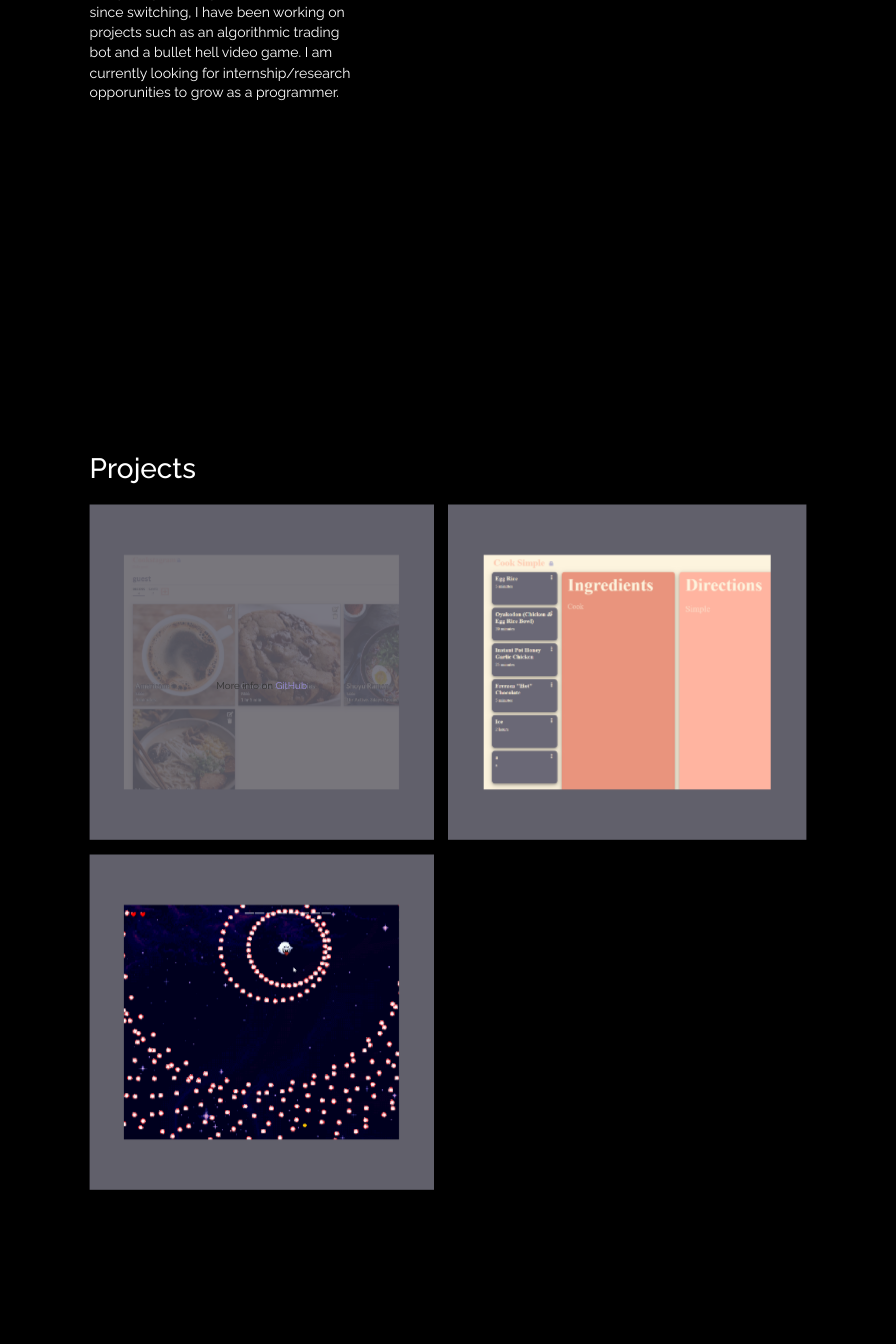
Repository: oqueuo/personal-site
Page: index.html
The author's editor kept a copy of each file at every save. The page is drawn from the files as they stood at one save, then again after the next save.
The browser window is 1280 px wide. The pictures show the part of the page from y = 564 to 2484 px (the page is 2585 px tall), at 70% of full size.
The pointer rests on the first visible `.project-card-container`.

Above is the page before, as saved 2020-09-21 18:21:36.

After the next save:
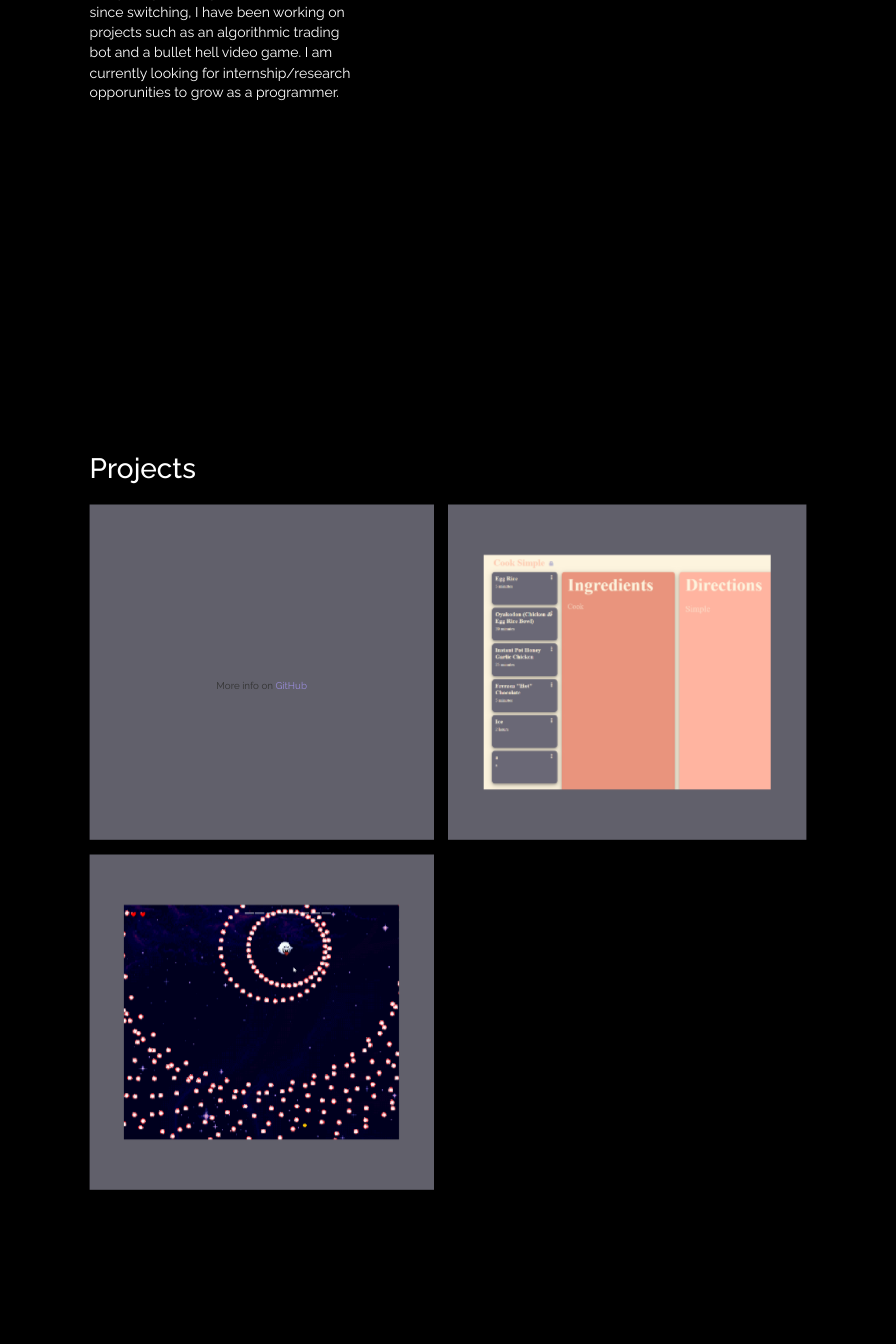
Saved 7 s later.
--- a/styles.css
+++ b/styles.css
@@ -145,7 +145,7 @@
     -ms-transform: translate(-50%, -50%);
 }
 .project-card-container:hover .project-card-content {
-    opacity: 0.15;
+    opacity: 0.001;
 }
 
 .project-card-container:hover .project-overlay {

After the save that followed:
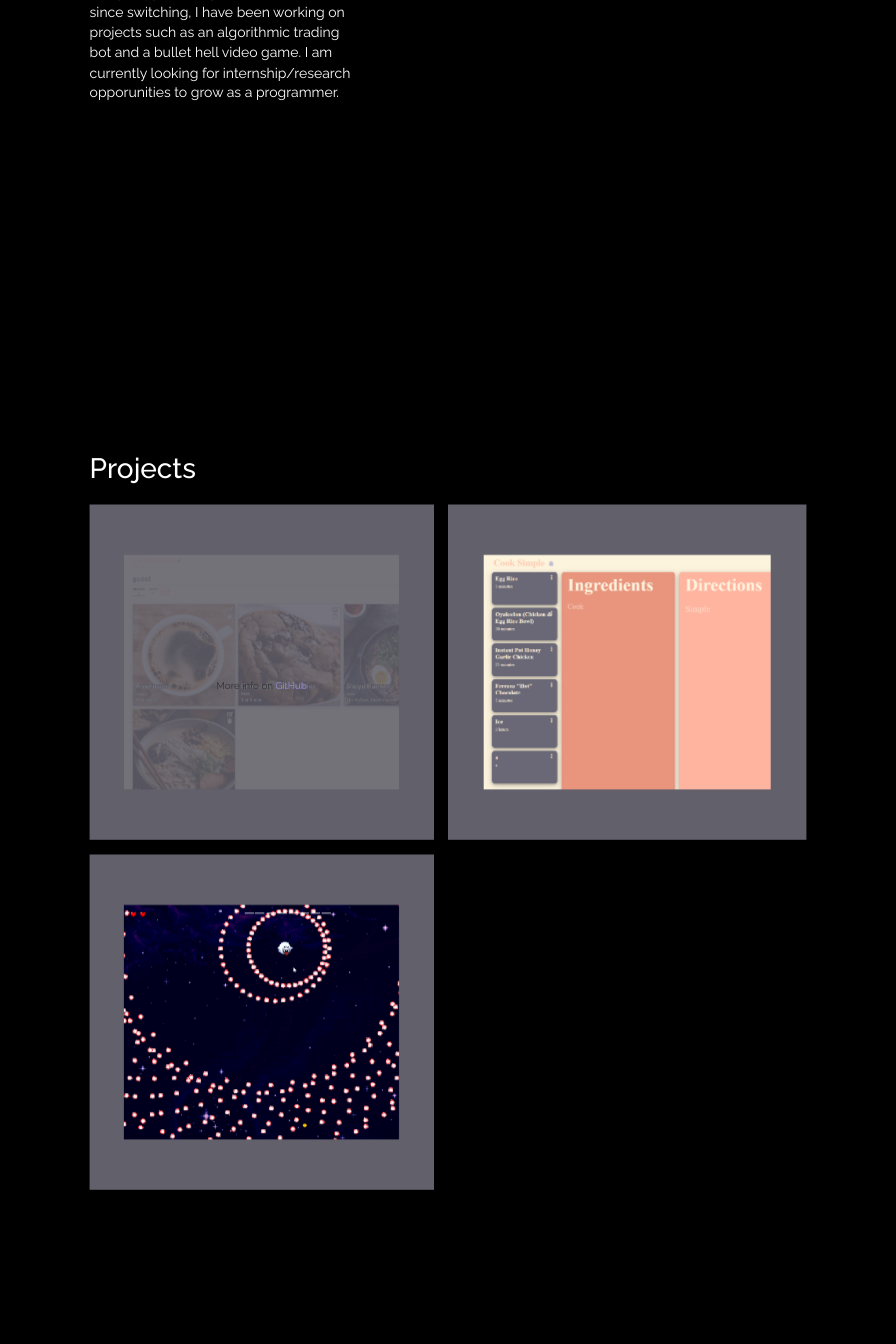
Saved 5 s later.
--- a/styles.css
+++ b/styles.css
@@ -145,7 +145,7 @@
     -ms-transform: translate(-50%, -50%);
 }
 .project-card-container:hover .project-card-content {
-    opacity: 0.001;
+    opacity: 0.12;
 }
 
 .project-card-container:hover .project-overlay {
